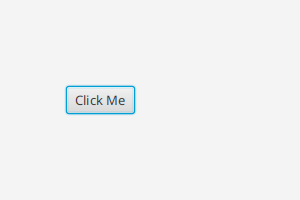
Repository: quasio007/AllMyWork
Program's window: java workspace/JavaFX/src/application/Main.java
These files come from the project's save history. The program's window is drawn as it stood at one moment and after the next save; the edit follows.
It runs on Java 21 on a 1366 x 768 screen with JavaFX 11; the title bar is not drawn.

Above is the program's window before, as saved 2017-05-17 15:41:13.

After the next save:
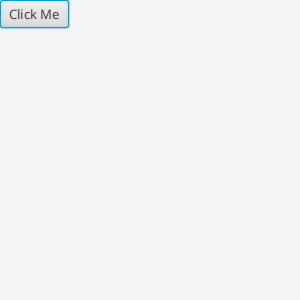
Saved 9 min 32 s later.
--- a/workspace/JavaFX/src/application/Main.java
+++ b/workspace/JavaFX/src/application/Main.java
@@ -9,6 +9,7 @@
 import javafx.scene.layout.BorderPane;
 //import javafx.scene.layout.BorderPane;
 import javafx.scene.layout.StackPane;
+import javafx.scene.layout.VBox;
 
 public class Main extends Application {
 	private int count = 0;
@@ -20,9 +21,9 @@
 	@Override
 	public void start(Stage primaryStage) {
 		try {
-//			Define Components like buttons :
+			// Define Components like buttons :
 			Button button = new Button("Click Me");
-			 Button exit = new Button("Exit");
+			Button exit = new Button("Exit");
 			button.setOnAction(new EventHandler<ActionEvent>() {
 
 				@Override
@@ -32,24 +33,31 @@
 					count++;
 				}
 			});
-			exit.setOnAction(s-> {System.out.println("Exit button clicked");
-									System.out.println("exiting the application...");
-									System.exit(0);});
+			exit.setOnAction(s -> {
+				System.out.println("Exit button clicked");
+				System.out.println("exiting the application...");
+				System.exit(0);
+			});
 
-//			Set layout:
+			// Set layout:
 			StackPane stack = new StackPane();
-			BorderPane border = new BorderPane(button);
-//			Add components to layout:
+			// BorderPane border = new BorderPane(button);
+			VBox vBox = new VBox(button, exit);
+
+			// Add components to layout:
 			stack.getChildren().add(exit);
-//			border.getChildren().add(button);
-//			Create a scene and add the layout having components into it:
-			Scene scene = new Scene(stack, 200, 200);
-			Scene scene1 =new Scene(border,200,200);
+			// border.getChildren().add(button);
+
+			// Create a scene and add the layout having components into it:
+			 Scene scene = new Scene(vBox, 300, 300);
+			// Scene scene =new Scene(border,300,300);
+//			Scene scene = new Scene(stack, 300, 300);
+
 			// scene.getStylesheets().add(getClass().getResource("application.css").toExternalForm());
-//			Add Scene to Stage:
+			// Add Scene to Stage:
 			primaryStage.setScene(scene);
-			primaryStage.setScene(scene1);
 			primaryStage.show();
+			primaryStage.setTitle("Learning JavaFX");
 		} catch (Exception e) {
 			System.out.println("Error Occured");
 			e.printStackTrace();
